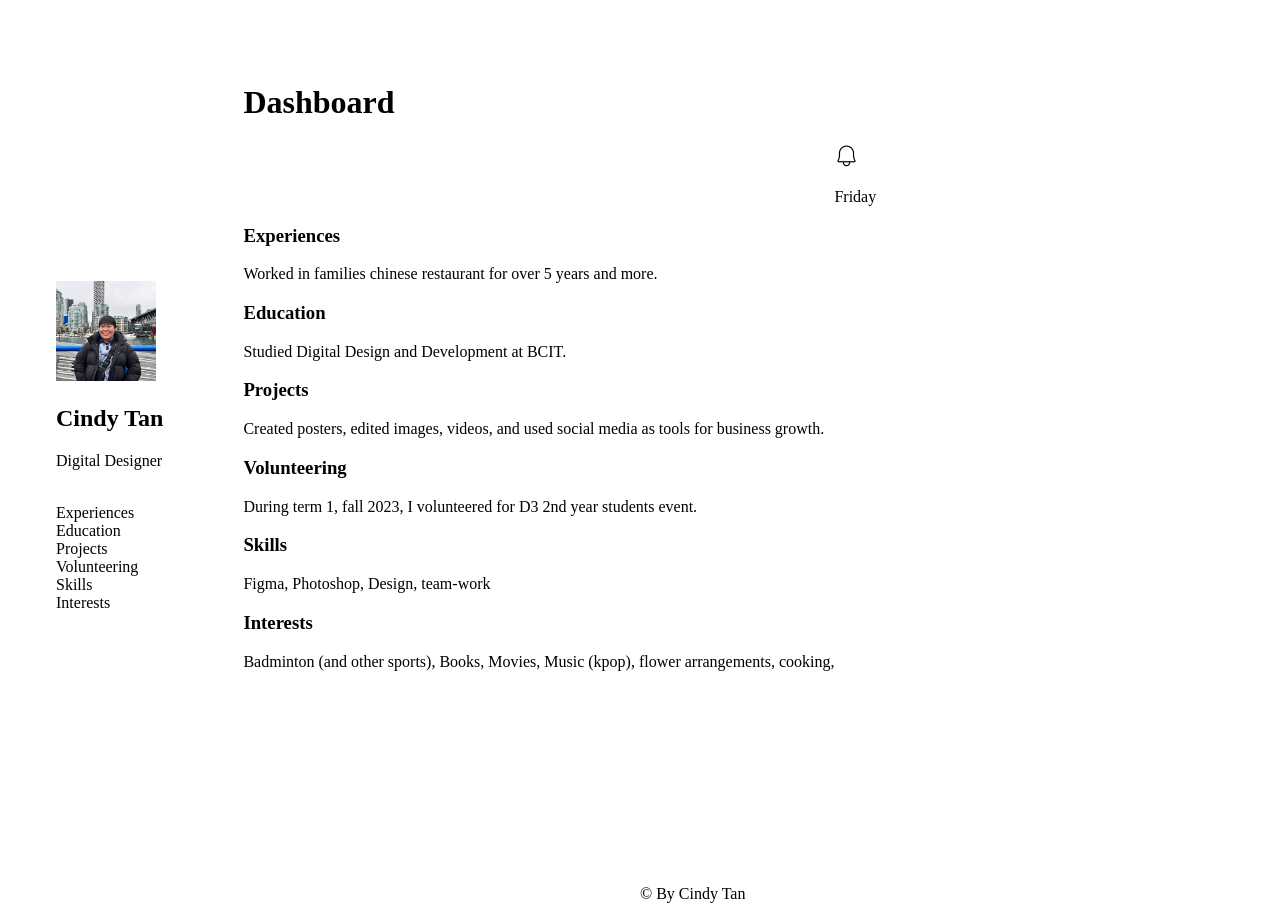
Repository: Cindy-tan/Assessment-_1
Page: /
The author's editor kept a copy of each file at every save. The page is drawn from the files as they stood at one save, then again after the next save.
The browser window is 1280 px wide. The pictures show the whole page.
The project was rebuilt for these pictures with package versions that can differ from the ones it lists, and the page was loaded fresh each time. The framework's server and built-in components were replaced by stand-ins that run in the browser. Also part of the build but not shown: next.config.js, components/Card/Card.module.css, components/SideNavigation/SideNavigation.module.css.

Above is the page before, as saved 2024-01-19 00:17:14.

### pages/index.js
import Head from 'next/head'
import styles from '@/styles/Home.module.css'
import Header from '@/components/Header'
import Card from '@/components/Card'
import Footer from '@/components/Footer'
import MenuItem from '@/components/MenuItem'
import SideNavigation from '@/components/SideNavigation'



export default function Home() {

  return (
    <>
      <Head>
        <title>Assessment 1</title>
        <meta name="description" content="Generated by create next app" />
        <meta name="viewport" content="width=device-width, initial-scale=1" />
        <link rel="icon" href="/favicon.ico" />
      </Head>

      <main className={`${styles.main}`}>

        <div>
        <SideNavigation/>
        </div>

        <div className={`${styles.header}`}>
        <Header/>


        <div className={`${styles.cardLeft}`}>
          <Card title='Experiences' description='Worked in families chinese restaurant for over 5 years and more.'/>
          <Card title='Education' description='Studied Digital Design and Development at BCIT.'/>
          <Card title='Projects' description='Created posters, edited images, videos, and used social media as tools for business growth.'/>
        </div>
        <div className={`${styles.cardRight}`}>
          <Card title='Volunteering' description='During term 1, fall 2023, I volunteered for D3 2nd year students event.'/>
          <Card title='Skills' description='Figma, Photoshop, Design, team-work'/>
          <Card title='Interests' description='Badminton (and other sports), Books, Movies, Music (kpop), flower arrangements, cooking, '/>
        </div>
        </div>








      </main>
      <Footer/>
    </>
  )
}

### styles/globals.css
:root {
  --black: #000;
  --white: #fff;
  --blue: rgba(12, 72, 156, 1.0);

  --large-font: 20px;
  --medium-font: 17px;
  --small-font: 14px;

  --violet-red: rgb(219, 112, 147);
  --amaranth: rgb(159, 43, 104);
  --cerise: rgb(222, 49, 99);
  --steel-blue: rgb(40, 189, 218);
  --teal: rgb(20, 151, 176);
  --yellow: rgb(12, 97, 119);
}

### styles/Home.module.css
.main {
  display: flex;
  flex-direction: row;
  align-items: center;
  padding: 3rem;
  min-height: 20vh;
}

.header{
  align-items: center;
  border-radius: 50px;
  padding: 7px 80px 150px;
}

### components/Header/index.js
import styles from "./Header.module.css"
import Image from "next/image"

export default function Header() {
    return (
        <>
            <header>
                <h1>Dashboard</h1>
                <div className={`${styles.icon}`}>
                <Image src="/images/bell.png" alt="bell" width={25} height={25}/>
                <p>Friday</p>
                </div>
            </header>
        </>
    )
}

### components/Card/index.js
import styles from "./Card.module.css"

export default function Card({
    title="default",
    description="default",
    bgColor,
    borderColor
})
{
    return (
        <>
            <div className={styles.card} style={{backgroundColor: bgColor, border:borderColor}}>
                <h3>{title}</h3>
                <p>{description}</p>
            </div>
        </>
    )
}

### components/Footer/index.js
import styles from "./Footer.module.css"

export default function Footer() {
    return(
        <>
            <footer className={styles.footer}>
               © By Cindy Tan
            </footer>
        </>
    )
}

### components/MenuItem/index.js
import styles from "./MenuItem.module.css"

export default function MenuItem({
    title = "",
    bgColor,
    textColor,
    tabLeft
})

{
    return (
        <>
            <div className={styles.menuItem} style={{backgroundColor: bgColor, color:textColor}}>
                {title}
            </div>
        </>
    )
}

### components/SideNavigation/index.js
import MenuItem from "../MenuItem"
import styles from "./SideNavigation.module.css"
import Image from "next/image"

export default function SideNavigation() {
    return (
        <>
            <div>
                <Image src="/images/profile.JPG" alt="profile" width={100} height={100}/>
                <h2>Cindy Tan</h2>
                <p>Digital Designer</p>
                <br/>
                <MenuItem title="Experiences"/>
                <MenuItem title="Education"/>
                <MenuItem title="Projects"/>
                <MenuItem title="Volunteering"/>
                <MenuItem title="Skills"/>
                <MenuItem title="Interests"/>

            </div>
        </>
    )
}

### components/Header/Header.module.css
.icon {
    margin-left: 100%;
}

### components/Footer/Footer.module.css
.footer {
    align-items: center;
    padding-left: 50%;
}

### components/MenuItem/MenuItem.module.css
.menuItem:hover {
    background-color: var(--blue);
    color: var(--white);
}

Loaded but not shown: pages/_app.js (common file); pages/_document.js (common file); components/Card/Card.module.css (no copy from this time; the picture is the same without it)

After the next save:
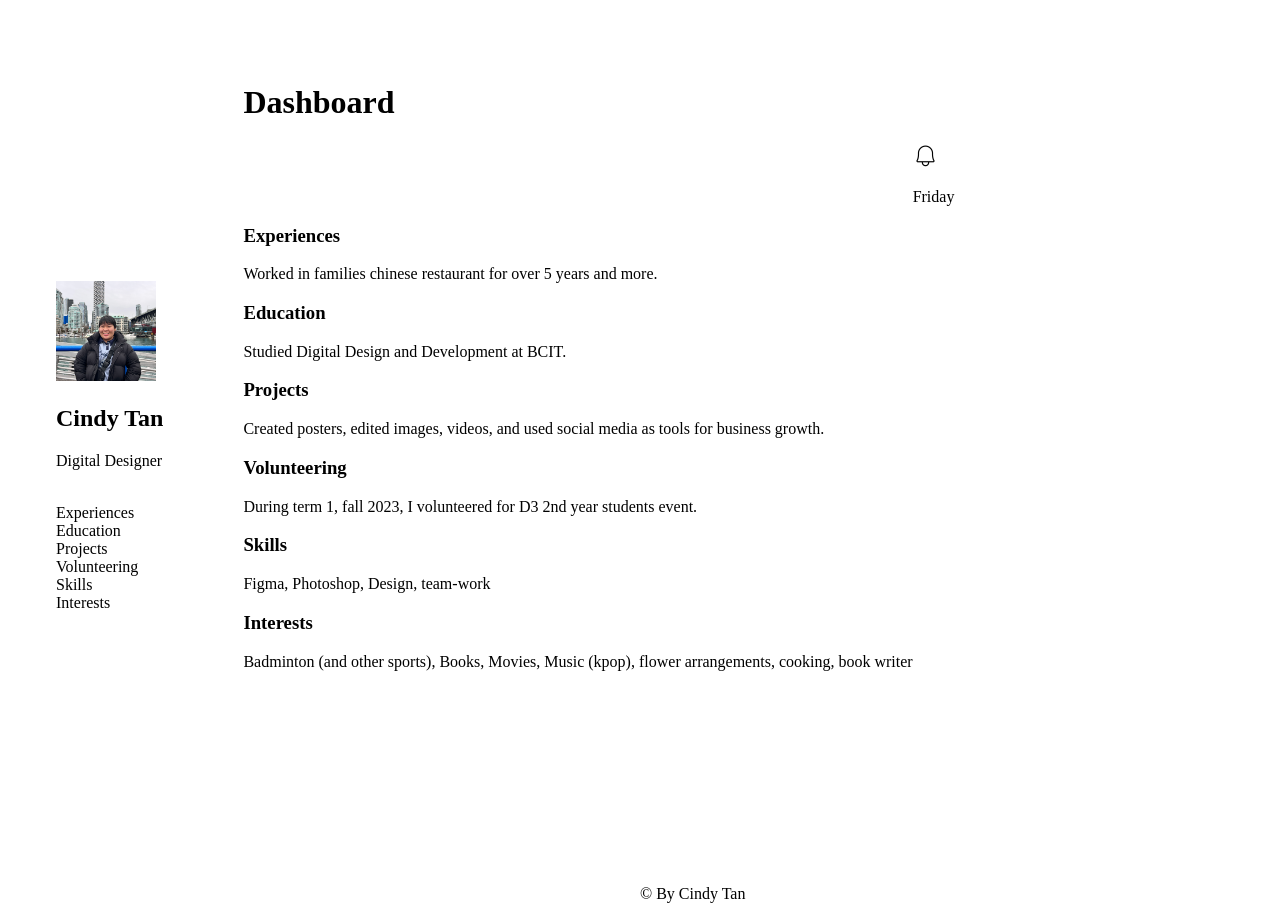
Saved 4 s later.
--- a/pages/index.js
+++ b/pages/index.js
@@ -37,7 +37,7 @@ export default function Home() {
         <div className={`${styles.cardRight}`}>
           <Card title='Volunteering' description='During term 1, fall 2023, I volunteered for D3 2nd year students event.'/>
           <Card title='Skills' description='Figma, Photoshop, Design, team-work'/>
-          <Card title='Interests' description='Badminton (and other sports), Books, Movies, Music (kpop), flower arrangements, cooking, '/>
+          <Card title='Interests' description='Badminton (and other sports), Books, Movies, Music (kpop), flower arrangements, cooking, book writer'/>
         </div>
         </div>
 
